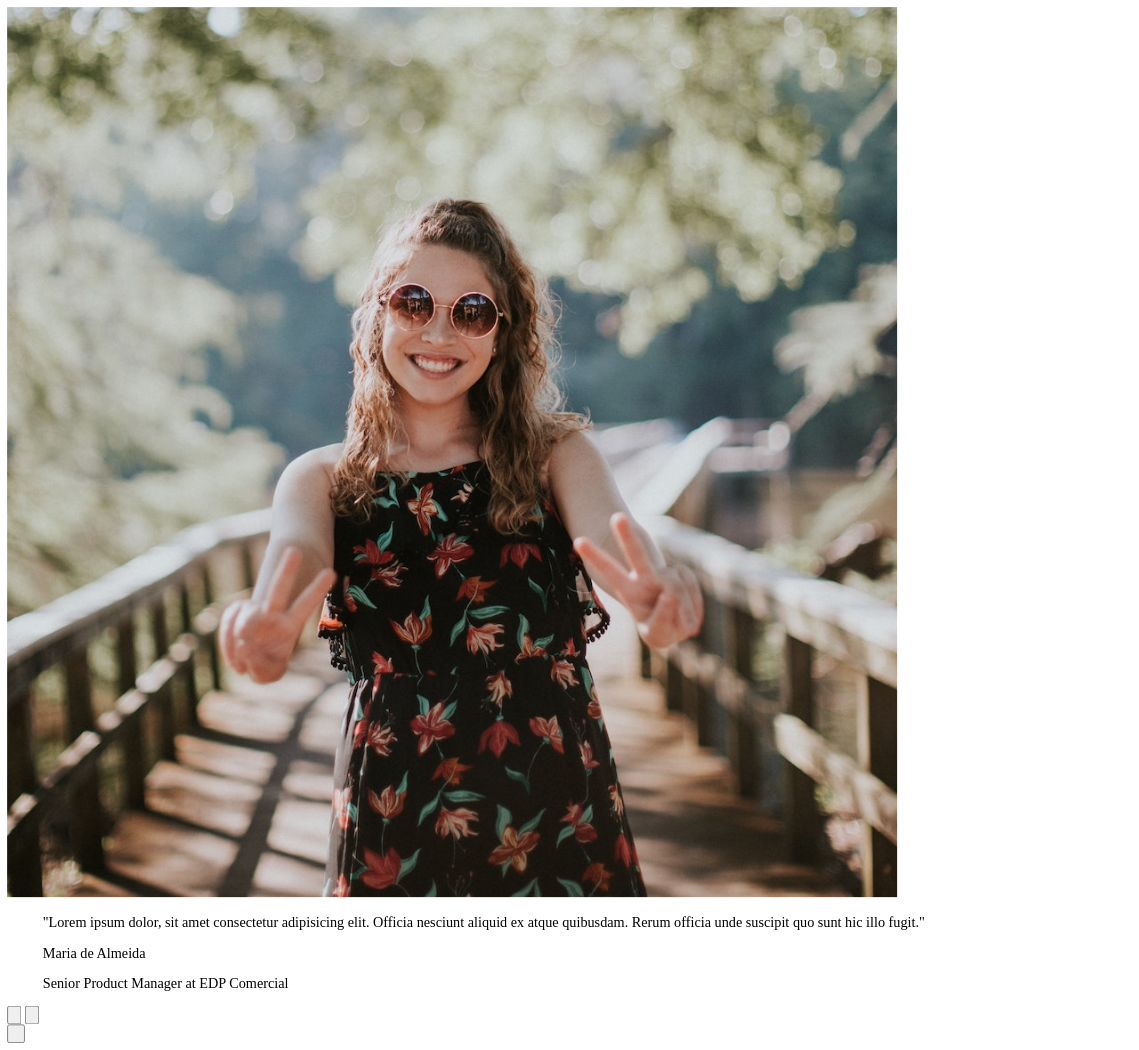
Repository: nghiakma/HTML-CSS-Fundamental
Page: Component_LayoutPatterns/carousel.html
These files come from the project's save history. The page is drawn as it stood at one moment and after the next save; the edit follows.
The browser window is 1280 px wide. The pictures show the whole page, at 89% of full size.

Above is the page before, as saved 2023-08-26 11:34:20.

### Component_LayoutPatterns/carousel.html
<!DOCTYPE html>
<html lang="en">

<head>
  <meta charset="UTF-8">
  <meta name="viewport" content="width=device-width, initial-scale=1.0">
  <title>Carousel Component</title>
</head>

<body>
  <div class="carousel">
    <img src="maria.jpg" alt="maria">
    <blockquote class="testimonial">
      <p class="testimonial-text">
        "Lorem ipsum dolor, sit amet consectetur adipisicing elit. Officia
        nesciunt aliquid ex atque quibusdam. Rerum officia unde suscipit quo
        sunt hic illo fugit."
      </p>
      <p class="testimonial-author">Maria de Almeida</p>
      <p class="testimonial-job">Senior Product Manager at EDP Comercial</p>
    </blockquote>

    <button class="btn btn--left">
      <svg xmlns="http://www.w3.org/2000/svg" class="btn-icon" fill="none" viewBox="0 0 24 24" stroke="currentColor">
        <path stroke-linecap="round" stroke-linejoin="round" stroke-width="2" d="M15 19l-7-7 7-7" />
      </svg>
    </button>
    <button class="btn btn--right">
      <svg xmlns="http://www.w3.org/2000/svg" class="btn-icon" fill="none" viewBox="0 0 24 24" stroke="currentColor">
        <path stroke-linecap="round" stroke-linejoin="round" stroke-width="2" d="M9 5l7 7-7 7" />
      </svg>
    </button>
    <div class="dots">
      <button class="dot dot--fill">&nbsp;</button>
    </div>
  </div>
</body>

</html>

After the next save:
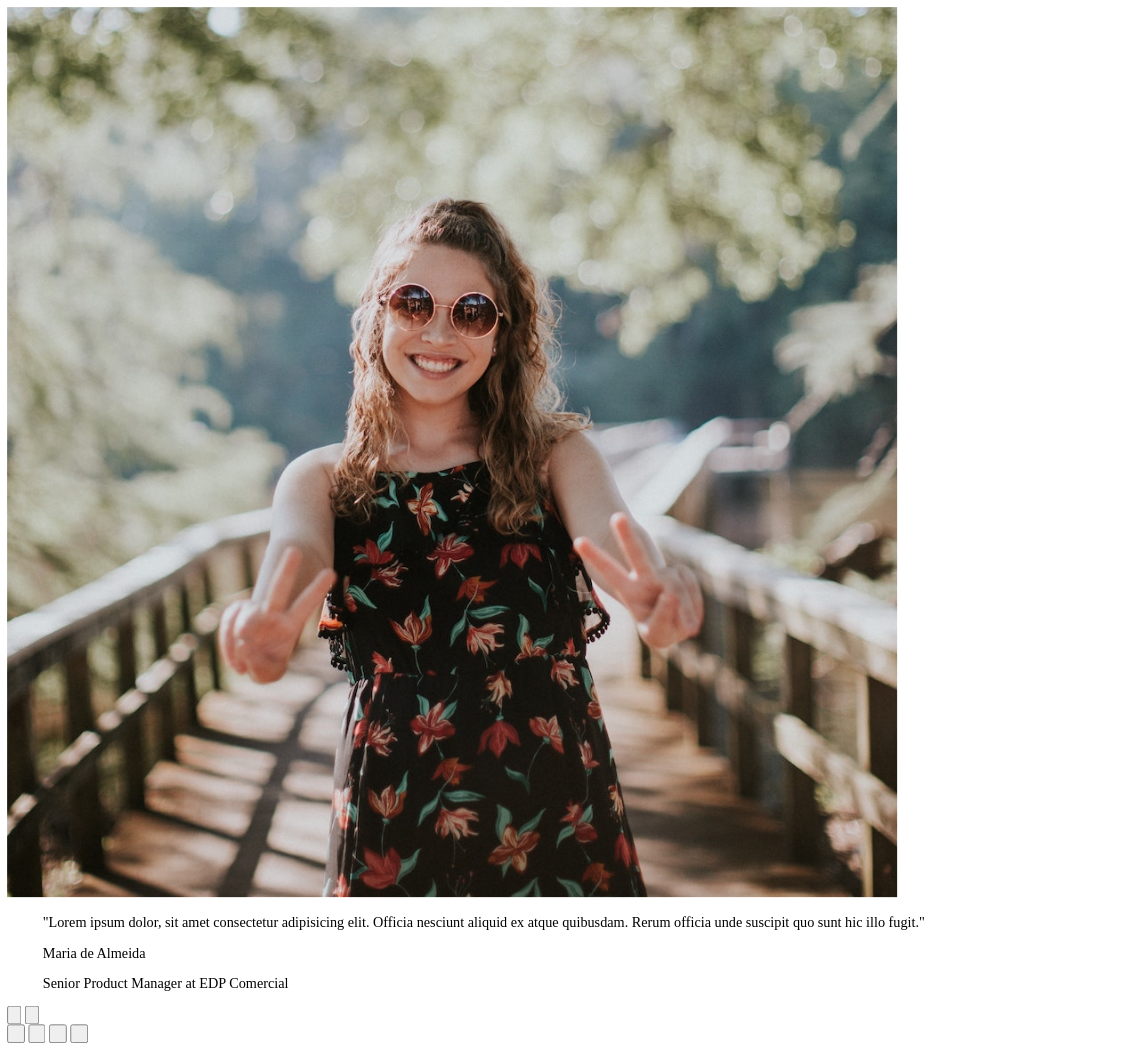
Saved 18 s later.
--- a/Component_LayoutPatterns/carousel.html
+++ b/Component_LayoutPatterns/carousel.html
@@ -32,8 +32,10 @@
     </button>
     <div class="dots">
       <button class="dot dot--fill">&nbsp;</button>
+      <button class="dot">&nbsp;</button>
+      <button class="dot">&nbsp;</button>
+      <button class="dot">&nbsp;</button>
     </div>
-  </div>
 </body>
 
 </html>
